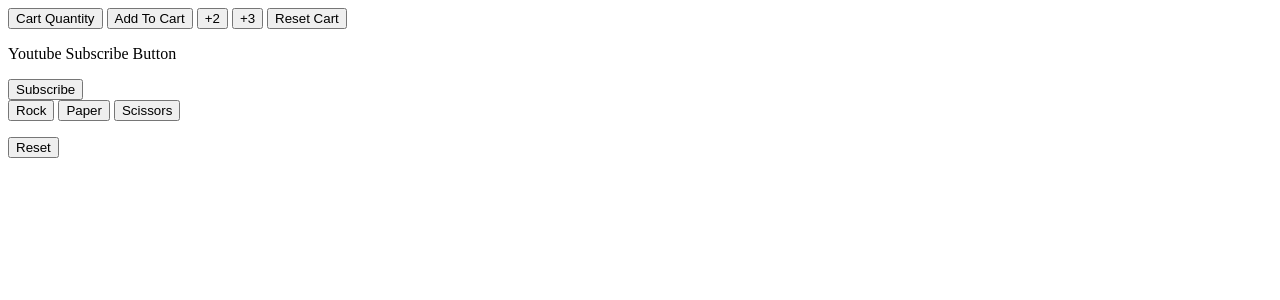
Repository: EguJaredoBoyd/Jared-Learning-Projects
Page: javascript-tutorial.html
An editor plug-in stored every save of this project. The page is shown before and after the next save, followed by the edit.
The browser window is 1280 px wide. The pictures show the whole page.

Above is the page before, as saved 2025-07-04 22:54:30.

### javascript-tutorial.html
<!DOCTYPE html>
<html lang="en">
<head>
    <meta charset="UTF-8">
    <meta name="viewport" content="width=device-width, initial-scale=1.0">
    <title>Document</title>
    <script src="javacript-tutorial.js" defer></script>
</head>
<body>
    <main>
        <section>
            <button onclick="cartDisplay()">Cart Quantity</button>
            <button onclick="addCart();
            cartDisplay()">Add To Cart</button>
            <button onclick="addCart2();
            cartDisplay()">+2</button>
            <button onclick="addCart3();
            cartDisplay()">+3</button>
            <button onclick="cartReset();
            cartDisplay()">Reset Cart</button>

            <p id="cart-quantity"></p>
            <p>Youtube Subscribe Button</p>
            <button onclick="subscribe()" class="sub-button">Subscribe</button>
        </section>

        <section>
            <button onclick="selectRock()" class="rock">Rock</button>
            <button onclick="selectPaper()">Paper</button>
            <button onclick="selectScissors()">Scissors</button>
            <p class="win-paragraph"></p>
            <p class="move-paragraph"></p>
            <p class="score-paragraph"></p>
            <button onclick="selectReset()">Reset</button>
        </section>
    </main>

</body>
</html>

### javacript-tutorial.js
let cartQuantity = 0;
function cartDisplay(){
    document.getElementById('cart-quantity').innerHTML = cartQuantity;
};

function addCart(){
    cartQuantity = cartQuantity + 1;
};

function addCart2(){
    cartQuantity += 2;
};

function addCart3(){
    cartQuantity += 3;
};

function cartReset(){
    alert("Cart has been reset");
    cartQuantity = 0;
};

function subscribe () {
    let subClick = document.querySelector('.sub-button');
        if (subClick.innerHTML === 'Subscribe') {
            subClick.innerHTML = 'Subscribed';
        } else{
            subClick.innerHTML = 'Subscribe'

        }
    }




let computerMove = '';
let score = {
    wins: 0,
    losses: 0,
    ties: 0
};

// ✅ Fix 1: Load saved score if it exists in localStorage
const storage = localStorage.getItem('gameScore');
if (storage) {
    score = JSON.parse(storage);
}

console.log(score); // Optional: Just to confirm score is loaded

function selectRock() {
    // ✅ Fix 2: New random number every time the function runs
    let randomNumber = Math.random();

    if (randomNumber >= 0 && randomNumber < 1 / 3) {
        computerMove = 'rock';
    } else if (randomNumber >= 1 / 3 && randomNumber < 2 / 3) {
        computerMove = 'paper';
    } else {
        computerMove = 'scissors';
    }

    let result = '';
    if (computerMove === 'rock') {
        result = 'tie';
    } else if (computerMove === 'paper') {
        result = 'lose';
    } else if (computerMove === 'scissors') {
        result = 'win';
    }

    let newResult = '';
    if (result === 'win') {
        score.wins += 1;
        newResult = 'wins!';
    } else if (result === 'lose') {
        score.losses += 1;
        newResult = 'losses!';
    } else {
        score.ties += 1;
        newResult = 'ties!';
    }

    // ✅ Fix 3: Save updated score to localStorage
    localStorage.setItem('gameScore', JSON.stringify(score));

    let newScore, valueOne, valueTwo, outcomeOne, outcomeTwo;

    if (newResult === 'wins!') {
        newScore = score.wins;
        valueOne = score.losses;
        outcomeOne = 'losses';
        valueTwo = score.ties;
        outcomeTwo = 'ties';
    } else if (newResult === 'losses!') {
        newScore = score.losses;
        valueOne = score.wins;
        outcomeOne = 'wins';
        valueTwo = score.ties;
        outcomeTwo = 'ties';
    } else {
        newScore = score.ties;
        valueOne = score.wins;
        outcomeOne = 'wins';
        valueTwo = score.losses;
        outcomeTwo = 'losses';
    }

    alert(`You picked rock and the computer picked ${computerMove}, you ${result}!
You have ${newScore} ${newResult}, ${valueOne} ${outcomeOne}, and ${valueTwo} ${outcomeTwo}`);

    let rock = document.querySelector('.win-paragraph');
    rock.innerHTML = (`You picked rock and the computer picked ${computerMove}, you ${result}!
    You have ${newScore} ${newResult}, ${valueOne} ${outcomeOne}, and ${valueTwo} ${outcomeTwo}`);

    let rockMove = document.querySelector('.move-paragraph');
    rockMove.innerHTML = (`You - rock : ${computerMove} - Computer`);

    let rockScore = document.querySelector('.score-paragraph');
    rockScore.innerHTML = (`You ${result}!`)

}

function selectPaper() {
    let randomNumber = Math.random();

    if (randomNumber >= 0 && randomNumber < 1 / 3) {
        computerMove = 'rock';
    } else if (randomNumber >= 1 / 3 && randomNumber < 2 / 3) {
        computerMove = 'paper';
    } else {
        computerMove = 'scissors';
    }

    let result = '';
    if (computerMove === 'paper') {
        result = 'tie';
    } else if (computerMove === 'scissors') {
        result = 'lose';
    } else if (computerMove === 'rock') {
        result = 'win';
    }

    let newResult = '';
    if (result === 'win') {
        score.wins += 1;
        newResult = 'wins!';
    } else if (result === 'lose') {
        score.losses += 1;
        newResult = 'losses!';
    } else {
        score.ties += 1;
        newResult = 'ties!';
    }

    localStorage.setItem('gameScore', JSON.stringify(score));

    let newScore, valueOne, valueTwo, outcomeOne, outcomeTwo;

    if (newResult === 'wins!') {
        newScore = score.wins;
        valueOne = score.losses;
        outcomeOne = 'losses';
        valueTwo = score.ties;
        outcomeTwo = 'ties';
    } else if (newResult === 'losses!') {
        newScore = score.losses;
        valueOne = score.wins;
        outcomeOne = 'wins';
        valueTwo = score.ties;
        outcomeTwo = 'ties';
    } else {
        newScore = score.ties;
        valueOne = score.wins;
        outcomeOne = 'wins';
        valueTwo = score.losses;
        outcomeTwo = 'losses';
    }

    alert(`You picked paper and the computer picked ${computerMove}, you ${result}!
You have ${newScore} ${newResult}, ${valueOne} ${outcomeOne}, and ${valueTwo} ${outcomeTwo}`);

    let paper = document.querySelector('.win-paragraph');
        paper.innerHTML = `You picked paper and the computer picked ${computerMove}, you ${result}!
You have ${newScore} ${newResult}, ${valueOne} ${outcomeOne}, and ${valueTwo} ${outcomeTwo}`;

    let paperMove = document.querySelector('.move-paragraph');
    paperMove.innerHTML = (`You - paper : ${computerMove} - Computer`);

    let paperScore = document.querySelector('.score-paragraph');
    paperScore.innerHTML = (`You ${result}!`)


}

function selectScissors() {
    let randomNumber = Math.random();

    if (randomNumber >= 0 && randomNumber < 1 / 3) {
        computerMove = 'rock';
    } else if (randomNumber >= 1 / 3 && randomNumber < 2 / 3) {
        computerMove = 'paper';
    } else {
        computerMove = 'scissors';
    }

    let result = '';
    if (computerMove === 'scissors') {
        result = 'tie';
    } else if (computerMove === 'rock') {
        result = 'lose';
    } else if (computerMove === 'paper') {
        result = 'win';
    }

    let newResult = '';
    if (result === 'win') {
        score.wins += 1;
        newResult = 'wins!';
    } else if (result === 'lose') {
        score.losses += 1;
        newResult = 'losses!';
    } else {
        score.ties += 1;
        newResult = 'ties!';
    }

    localStorage.setItem('gameScore', JSON.stringify(score));

    let newScore, valueOne, valueTwo, outcomeOne, outcomeTwo;

    if (newResult === 'wins!') {
        newScore = score.wins;
        valueOne = score.losses;
        outcomeOne = 'losses';
        valueTwo = score.ties;
        outcomeTwo = 'ties';
    } else if (newResult === 'losses!') {
        newScore = score.losses;
        valueOne = score.wins;
        outcomeOne = 'wins';
        valueTwo = score.ties;
        outcomeTwo = 'ties';
    } else {
        newScore = score.ties;
        valueOne = score.wins;
        outcomeOne = 'wins';
        valueTwo = score.losses;
        outcomeTwo = 'losses';
    }

    alert(`You picked scissors and the computer picked ${computerMove}, you ${result}!
You have ${newScore} ${newResult}, ${valueOne} ${outcomeOne}, and ${valueTwo} ${outcomeTwo}`);

    let scissors = document.querySelector('.win-paragraph');
    scissors.innerHTML = (`You picked scissors and the computer picked ${computerMove}, you ${result}!
You have ${newScore} ${newResult}, ${valueOne} ${outcomeOne}, and ${valueTwo} ${outcomeTwo}`);

    let scissorsMove = document.querySelector('.move-paragraph');
    scissorsMove.innerHTML = (`You - scissors : ${computerMove} - Computer`);

    let scissorsScore = document.querySelector('.score-paragraph');
    scissorsScore.innerHTML = (`You ${result}!`)

}

function selectReset() {
    score = {
        wins: 0,
        losses: 0,
        ties: 0
    };

    // ✅ Fix 4: Clear the score from localStorage too
    localStorage.removeItem('gameScore');

    alert(`Your score has been reset.`);

    let scoreReset = document.querySelector('.win-paragraph');
    scoreReset.innerHTML = ('Your score has been reset.');

    let resetMove = document.querySelector('.move-paragraph');
    resetMove.innerHTML = (``);

    let resetScore = document.querySelector('.score-paragraph');
    resetScore.innerHTML = (``)
}

After the next save:
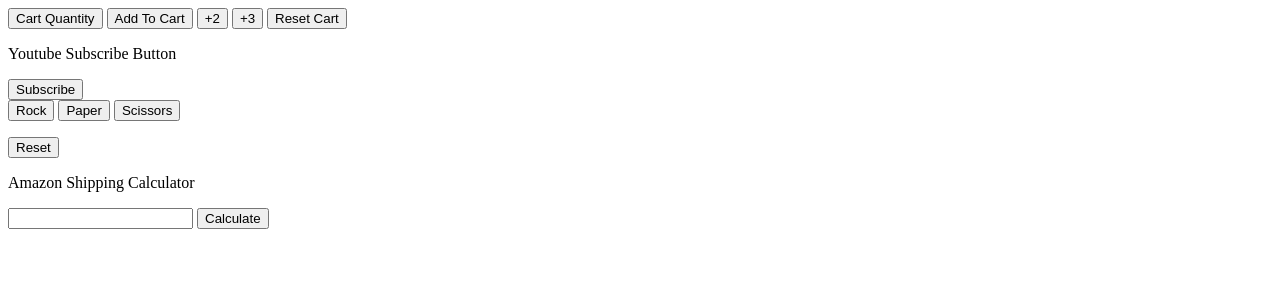
Saved 23 h 37 min later.
--- a/javascript-tutorial.html
+++ b/javascript-tutorial.html
@@ -33,6 +33,12 @@
             <p class="score-paragraph"></p>
             <button onclick="selectReset()">Reset</button>
         </section>
+
+        <section>
+            <p>Amazon Shipping Calculator</p>
+            <input type="text">
+            <button>Calculate</button>
+        </section>
     </main>
 
 </body>
